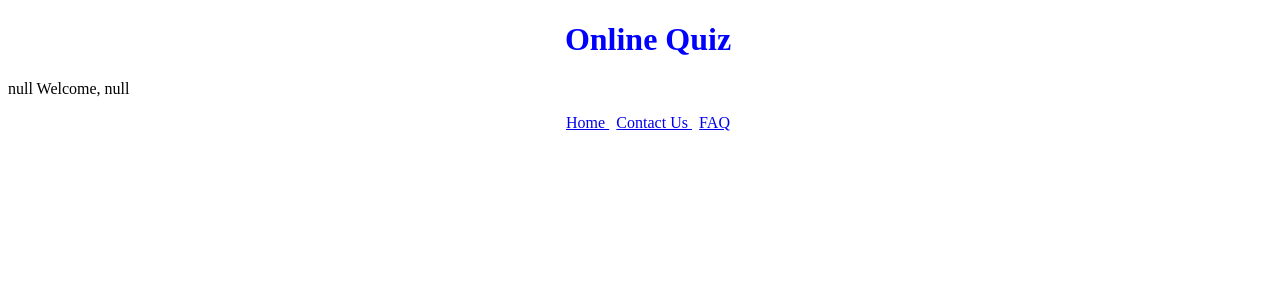
Repository: KaushikVeluruWorld/KaushikJava
Page: http://localhost/OnlineQuiz/SignIn.jsp
These files come from the project's save history. The page is drawn as it stood at one moment and after the next save; the edit follows.
The browser window is 1280 px wide. The page is 1288 px wide, so the pictures cover 1288 px, including what lies to the right of the window. The pictures show the whole page.
The page is served by Tomcat 9.

Above is the page before, as saved 2014-12-22 10:51:54.

After the next save:
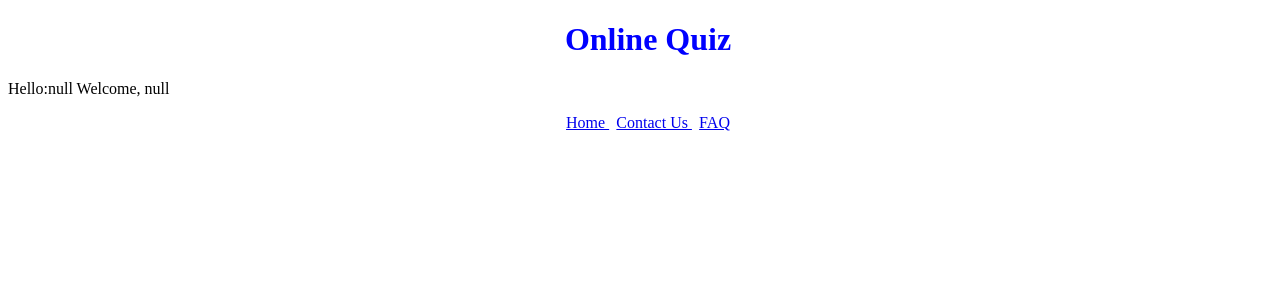
Saved 4 s later.
--- a/Online Quiz Tool/OnlineQuiz/WebContent/SignIn.jsp
+++ b/Online Quiz Tool/OnlineQuiz/WebContent/SignIn.jsp
@@ -10,7 +10,7 @@
 <body>
 <jsp:include page="header.jsp"></jsp:include>
 
-<%= request.getAttribute("username") %>
+Hello:<%= request.getAttribute("username") %>
 <%
 	out.println("Welcome, "+request.getAttribute("username"));
    %>
